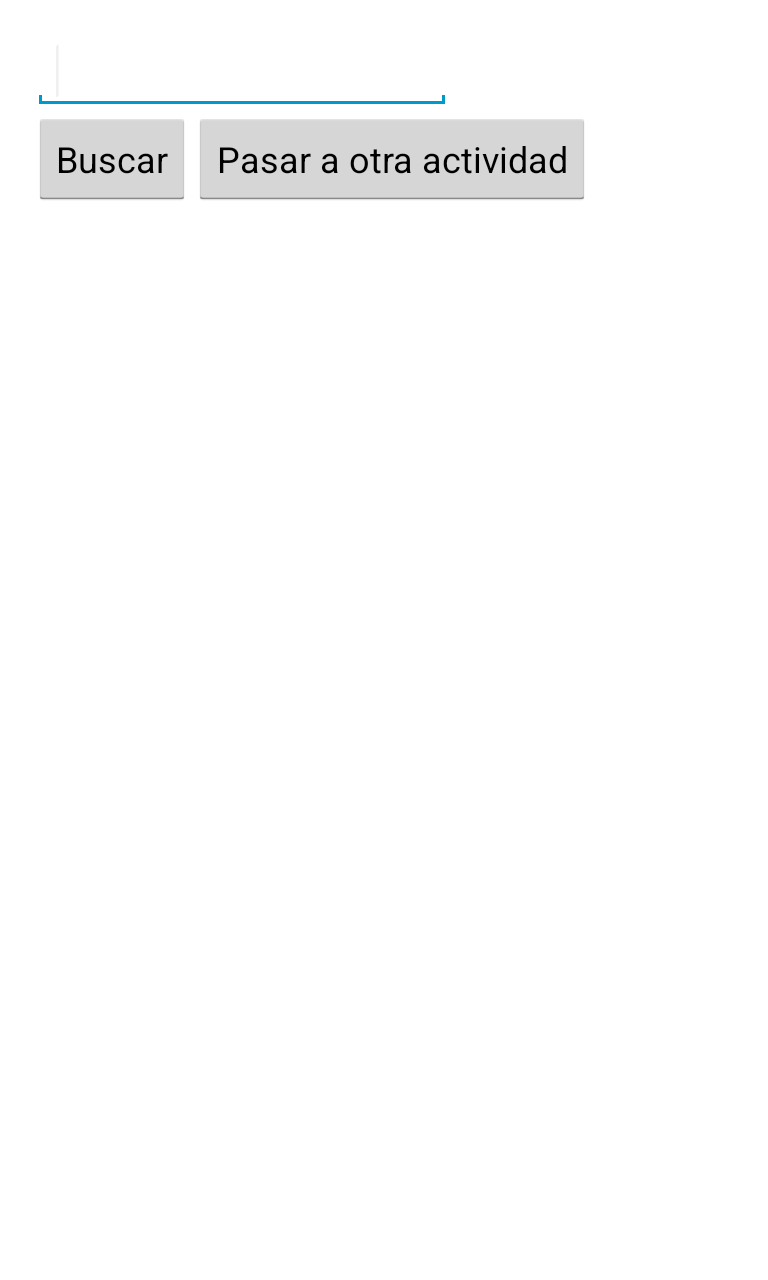
Repository: sstevenmr/SP-Galileo
Layout: Demo/res/layout/activity_main.xml
These files come from the project's save history. The layout is drawn as it stood at one moment and after the next save; the edit follows.
It is drawn on a 768 x 1280 px phone screen (xhdpi) without system bars, with theme AppTheme; the app's code is not run.

Above is the layout before, as saved 2014-01-24 05:03:32.

### Demo/res/layout/activity_main.xml
<LinearLayout xmlns:android="http://schemas.android.com/apk/res/android"
    xmlns:tools="http://schemas.android.com/tools"
    android:layout_width="match_parent"
    android:layout_height="match_parent"
    android:paddingBottom="@dimen/activity_vertical_margin"
    android:paddingLeft="@dimen/activity_horizontal_margin"
    android:paddingRight="@dimen/activity_horizontal_margin"
    android:orientation="vertical"
    android:paddingTop="@dimen/activity_vertical_margin"
    tools:context=".MainActivity" >

    <EditText
        android:id="@+id/editTextSearchQuery"
        android:layout_width="wrap_content"
        android:layout_height="wrap_content"
        android:inputType="text"
        android:ems="10" >

        <requestFocus />
    </EditText>


    <LinearLayout
        android:layout_width="match_parent"
        android:layout_height="wrap_content" >
	   <Button
	        android:id="@+id/btnSearch"
	        android:layout_width="wrap_content"
	        android:layout_height="wrap_content"
	        android:text="@string/btn_Search" />

	    <Button
	        android:id="@+id/btnOpenActivity"
	        android:layout_width="wrap_content"
	        android:layout_height="wrap_content"
	        android:text="@string/btn_open_activity" />
    </LinearLayout>

</LinearLayout>

### Demo/res/values/strings.xml
<?xml version="1.0" encoding="utf-8"?>
<resources>

    <string name="app_name">Ejemplo</string>
    <string name="action_settings">Settings</string>
    <string name="hello_world">Hello world!</string>
    <string name="btn_Search">Buscar</string>
    <string name="btn_open_activity">Pasar a otra actividad</string>
    <string name="title_activity_show_search_query">ShowSearchQueryActivity</string>

</resources>

Loaded but not shown: Demo/res/values/styles.xml (common file); Demo/res/values-v11/styles.xml (common file); Demo/res/values-v14/styles.xml (common file); Demo/res/values/dimens.xml (common file)

After the next save:
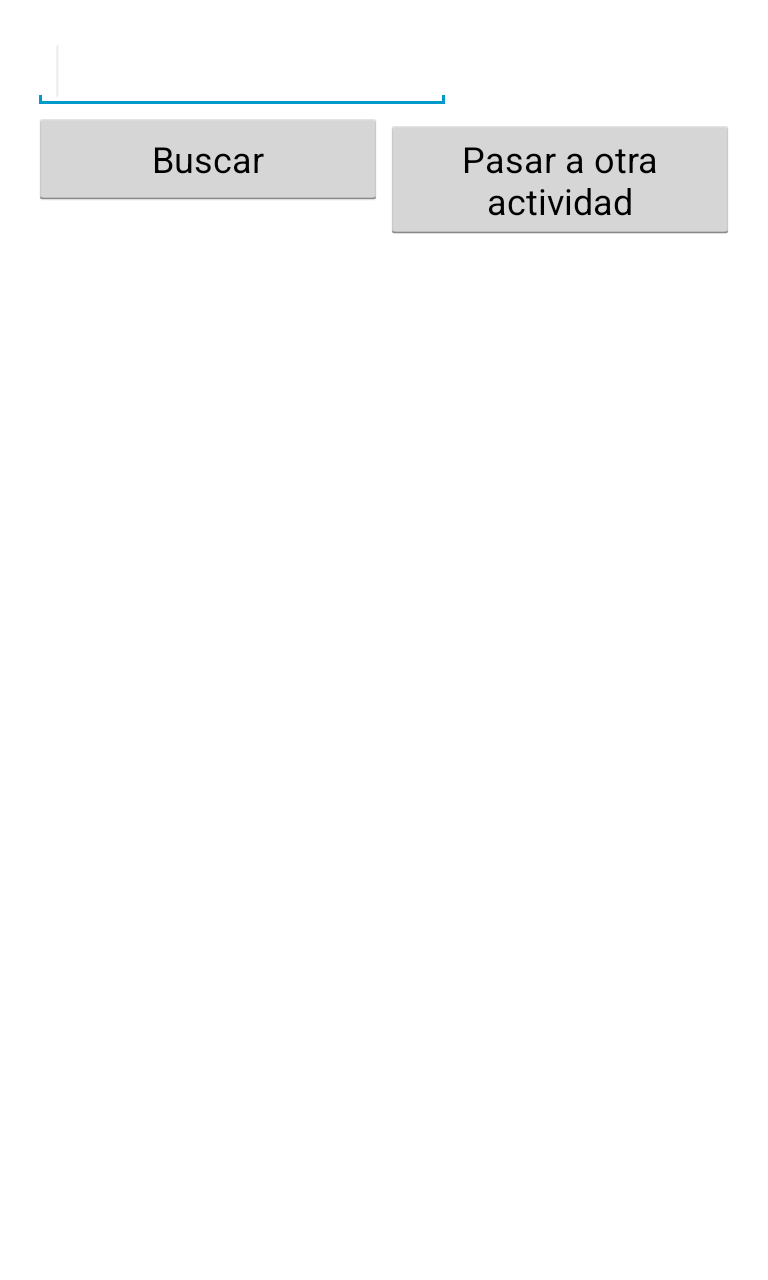
Saved 7 min 10 s later.
--- a/Demo/res/layout/activity_main.xml
+++ b/Demo/res/layout/activity_main.xml
@@ -25,13 +25,15 @@
         android:layout_height="wrap_content" >
 	   <Button
 	        android:id="@+id/btnSearch"
-	        android:layout_width="wrap_content"
+	        android:layout_weight="1"
+	        android:layout_width="0dp"
 	        android:layout_height="wrap_content"
 	        android:text="@string/btn_Search" />
 
 	    <Button
 	        android:id="@+id/btnOpenActivity"
-	        android:layout_width="wrap_content"
+	        android:layout_weight="1"
+	        android:layout_width="0dp"
 	        android:layout_height="wrap_content"
 	        android:text="@string/btn_open_activity" />
     </LinearLayout>
